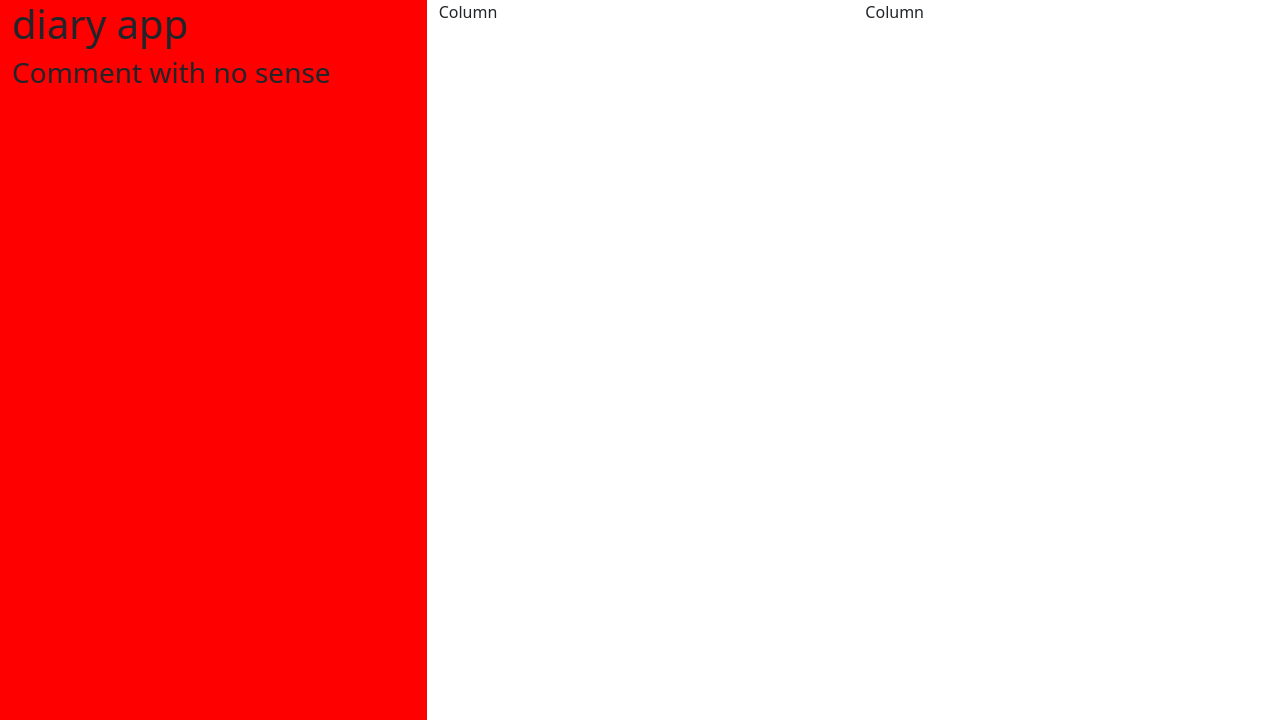
Repository: tsydikov/diary
Page: /
The author's editor kept a copy of each file at every save. The page is drawn from the files as they stood at one save, then again after the next save.
The browser window is 1280 px wide. The pictures show the whole page.
The project was rebuilt for these pictures with package versions that can differ from the ones it lists, and the page was loaded fresh each time.

Above is the page before, as saved 2021-09-10 18:48:57.

### public/index.html
<!DOCTYPE html>
<html lang="en">
  <head>
    <meta charset="utf-8" />
    <meta name="viewport" content="width=device-width, initial-scale=1" />
    <link href="https://cdn.jsdelivr.net/npm/bootstrap@5.1.1/dist/css/bootstrap.min.css" rel="stylesheet" integrity="sha384-F3w7mX95PdgyTmZZMECAngseQB83DfGTowi0iMjiWaeVhAn4FJkqJByhZMI3AhiU" crossorigin="anonymous">
    <title>Diary App</title>
  </head>
  <body>
    <noscript>You need to enable JavaScript to run this app.</noscript>
    <div id="root"></div>
  </body>
</html>

### src/App.js
import React from "react";
import Navbar from "./UI/Navbar/Navbar";

function App() {
  return (
    <div class="container-fluid" >
      <div class="row " >
        <div class="col"style={{background:'red'}}>
          <Navbar />
    </div>
        <div class="col">
          Column
    </div>
        <div class="col">
          Column
    </div>
      </div>
    </div>
  );
}

export default App;

### src/UI/Navbar/Navbar.jsx
import React from 'react';
import cl from './Navbar.module.css'

const Navbar = () => {
    return (
        <div className={cl.container}>
            <h1>diary app</h1>
            <h3>Comment with no sense</h3>
        </div>
    );
};

export default Navbar;

### src/UI/Navbar/Navbar.module.css
.container {
    /* background: red; */
    height: 100vh;
}

Loaded but not shown: src/index.js (common file)

After the next save:
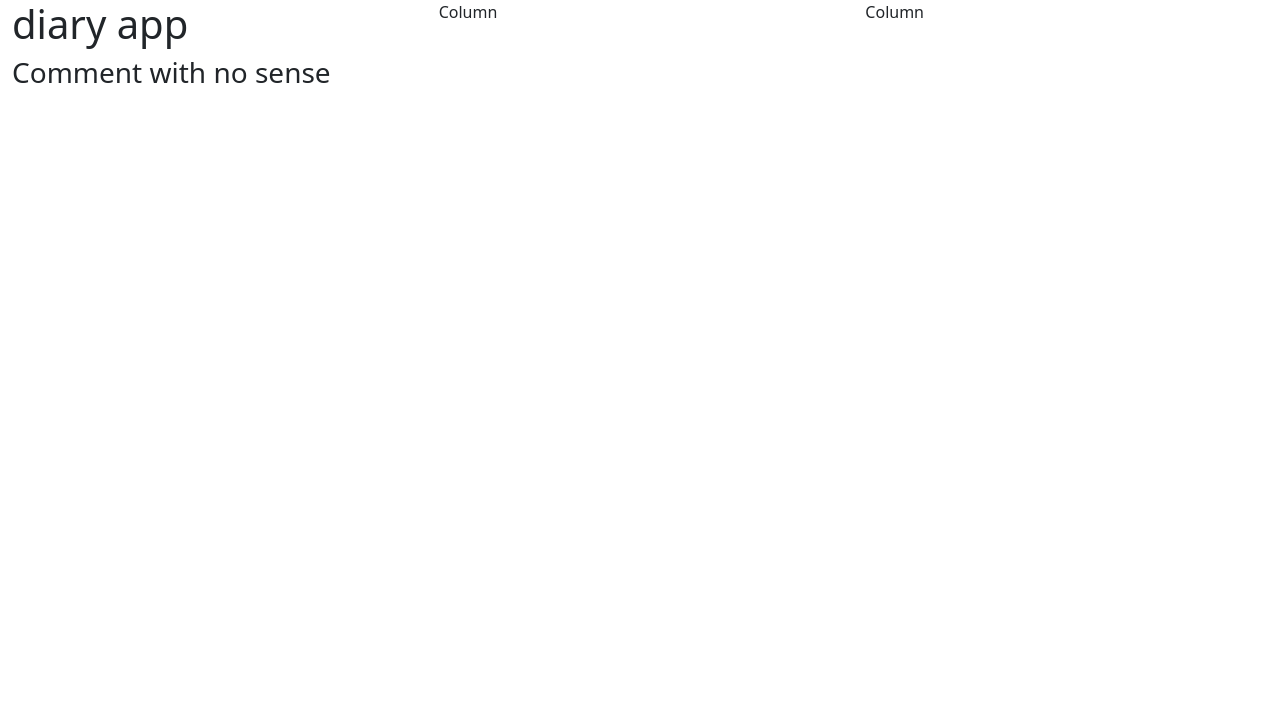
Saved 15 s later.
--- a/src/App.js
+++ b/src/App.js
@@ -5,7 +5,7 @@ function App() {
   return (
     <div class="container-fluid" >
       <div class="row " >
-        <div class="col"style={{background:'red'}}>
+        <div class="col">
           <Navbar />
     </div>
         <div class="col">
